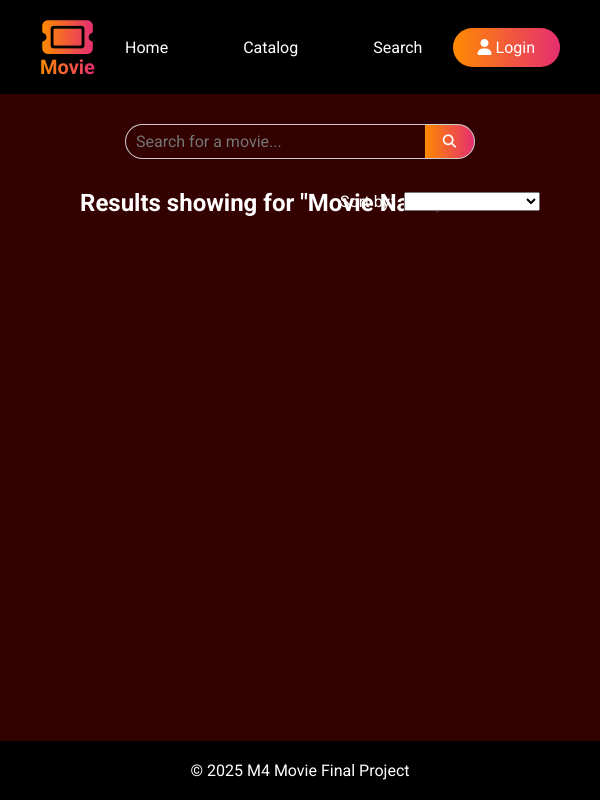
Repository: avivanguyen/m4_movie-FinalProject
Page: index.html
These files come from the project's save history. The page is drawn as it stood at one moment and after the next save; the edit follows.
The browser window is 600 px wide. The pictures show the whole page.
Some web libraries are served in a nearby version.

Above is the page before, as saved 2025-12-30 17:14:45.

After the next save:
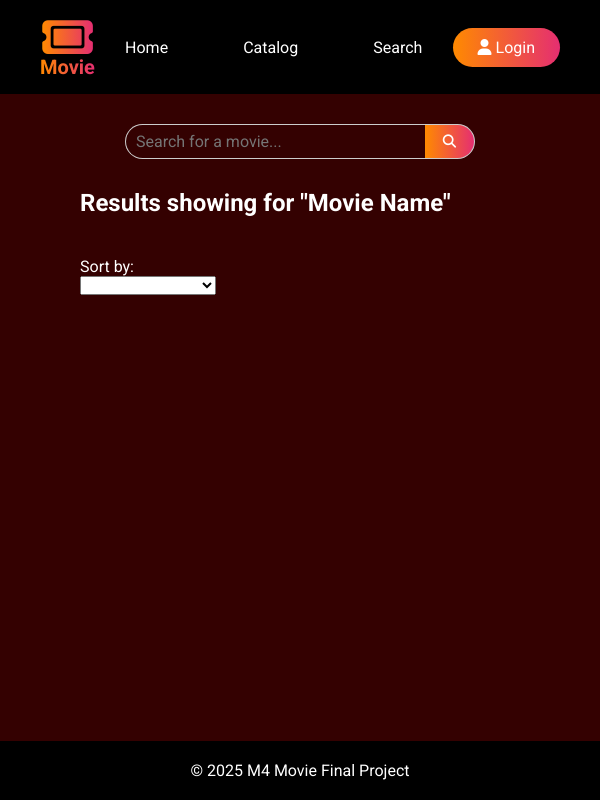
Saved 4 s later.
--- a/styles.css
+++ b/styles.css
@@ -346,7 +346,13 @@ RESPONSIVE STYLES
 }
 
 @media (max-width:700px) {
-
+    .sort {
+        margin-top: 0px;
+        margin-left: 20px;
+        display: flex;
+        flex-direction: column;
+        align-items: flex-start;
+    }
 }
 
 @media (max-width: 480px) {
